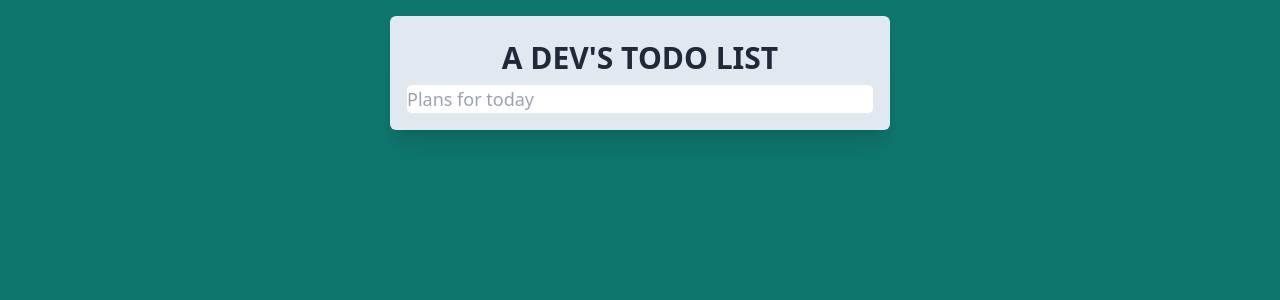
Repository: DevAntonioRogers/React-Todo-CRUD-App
Page: /
These files come from the project's save history. The page is drawn as it stood at one moment and after the next save; the edit follows.
The browser window is 1280 px wide. The pictures show the whole page.
The project was rebuilt for these pictures with package versions that can differ from the ones it lists, and the page was loaded fresh each time. Also part of the build but not shown: vite.config.ts.

Above is the page before, as saved 2023-05-14 01:23:32.

### src/App.tsx
import Form from "./components/Form";

const App = () => {
  return (
    <div className="h-screen w-screen p-4 bg-teal-700">
      <div className="bg-slate-200 max-w-[500px] w-full m-auto rounded-md shadow-xl p-4">
        <h1 className="text-3xl font-bold text-center text-gray-800 p-2">A DEV'S TODO LIST</h1>
        <Form />
      </div>
    </div>
  );
};

export default App;

### src/components/Form.tsx
const Form = () => {
  return (
    <form>
      <input className="border w-full text-lg rounded-md" type="text" placeholder="Plans for today" />
    </form>
  );
};

export default Form;

Loaded but not shown: index.html (common file); src/main.tsx (common file); src/index.css (common file); tailwind.config.js (common file)

After the next save:
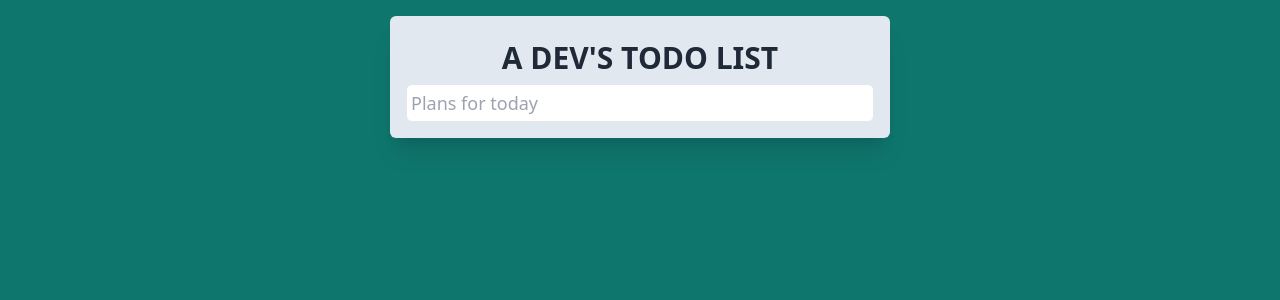
Saved 10 s later.
--- a/src/components/Form.tsx
+++ b/src/components/Form.tsx
@@ -1,7 +1,7 @@
 const Form = () => {
   return (
     <form>
-      <input className="border w-full text-lg rounded-md" type="text" placeholder="Plans for today" />
+      <input className="border w-full text-lg rounded-md p-1" type="text" placeholder="Plans for today" />
     </form>
   );
 };

After the save that followed:
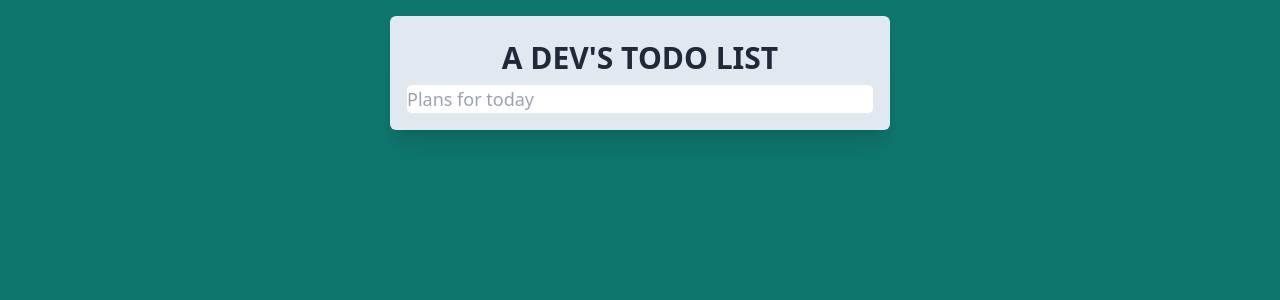
Saved 12 s later.
--- a/src/components/Form.tsx
+++ b/src/components/Form.tsx
@@ -1,7 +1,7 @@
 const Form = () => {
   return (
     <form>
-      <input className="border w-full text-lg rounded-md p-1" type="text" placeholder="Plans for today" />
+      <input className="border w-full text-lg rounded-md" type="text" placeholder="Plans for today" />
     </form>
   );
 };
